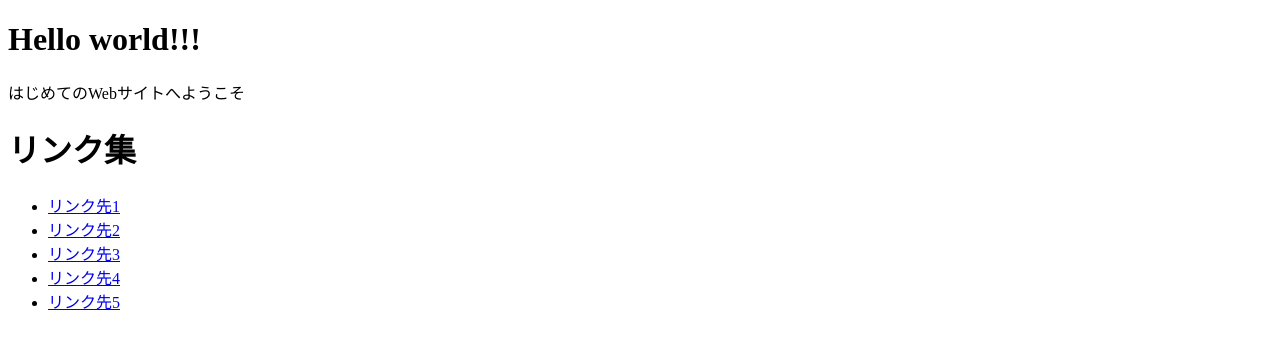
Repository: kai-hosoi/techboost
Page: html/index.html
The author's editor kept a record of every edit. The page is drawn from the files as they stood at one moment, then again after the next edit.
The browser window is 1280 px wide. The pictures show the whole page.

Above is the page before.

After the next edit:
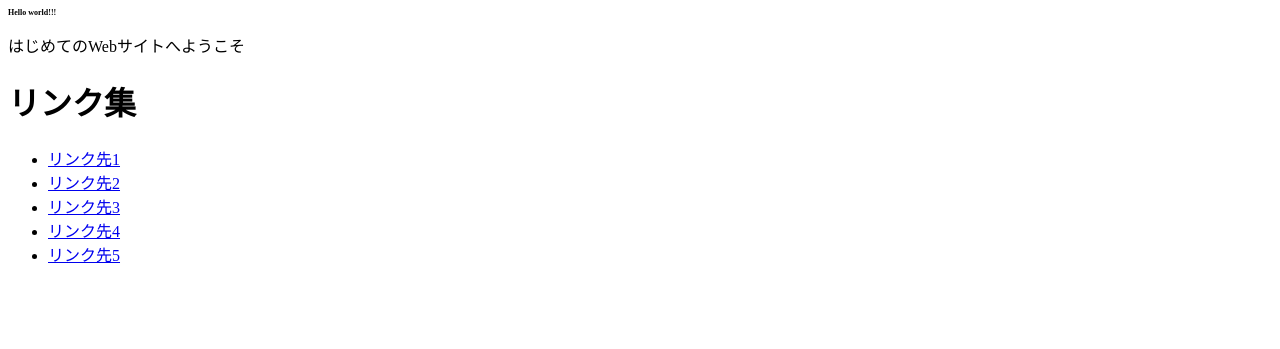
The edit:
--- a/html/index.html
+++ b/html/index.html
@@ -6,7 +6,7 @@
   <link rel="stylesheet" href="style.css">
 </head>
   <body>
-    <h1>Hello world!!!</h1>
+    <h1 class="mini">Hello world!!!</h1>
     <p>はじめてのWebサイトへようこそ</p>
     <h1>リンク集</h1>
     <div>
